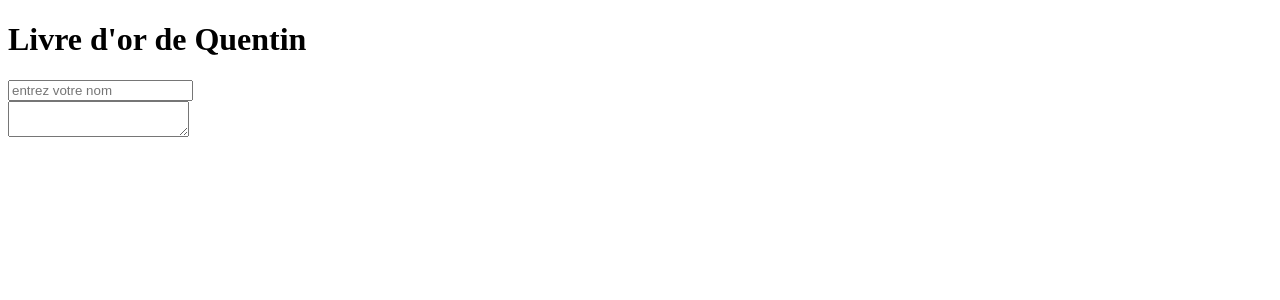
Repository: QuentinFayt/base-php-2021
Page: http://localhost/09-exemple-db.php
An editor plug-in stored every save of this project. The page is shown before and after the next save, followed by the edit.
The browser window is 1280 px wide. The pictures show the whole page.
The page is run by PHP 8.4 with error messages shown; the project is at /var/www/html/.

Above is the page before, as saved 2021-07-09 11:23:25.

### 09-exemple-db.php
<!DOCTYPE html>
<html lang="en">
    <head>
        <meta charset="UTF-8">
        <meta http-equiv="X-UA-Compatible" content="IE=edge">
        <meta name="viewport" content="width=device-width, initial-scale=1.0">

        <title>Livre d'or sur une page</title>
    </head>
    <body>
        <h1>Livre d'or de Quentin</h1>
        <form name="goldenbook" method="post" action="">
            <input type="text" name="thename" placeholder="entrez votre nom" required/>
            <br/>
            <textarea name="message" placeholder="Votre message" required>
            </textarea>
            <br/>
        </form>
    </body>
</html>

After the next save:
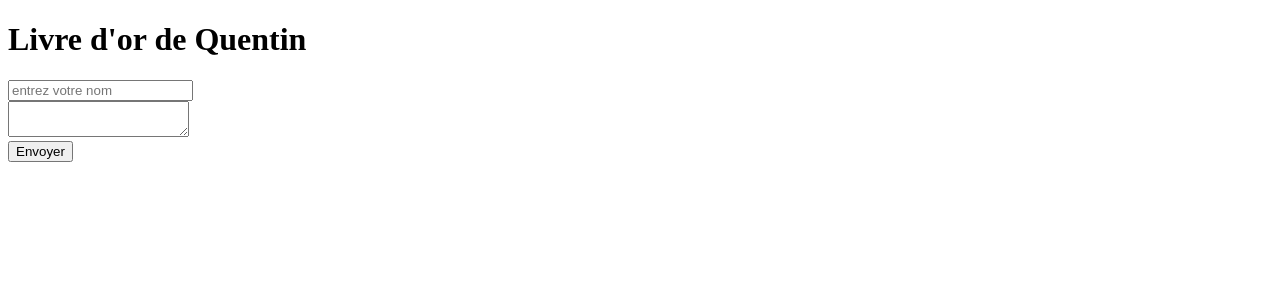
Saved 68 s later.
--- a/09-exemple-db.php
+++ b/09-exemple-db.php
@@ -15,6 +15,7 @@
             <textarea name="message" placeholder="Votre message" required>
             </textarea>
             <br/>
+            <input type="submit" value="Envoyer"/>
         </form>
     </body>
 </html>
